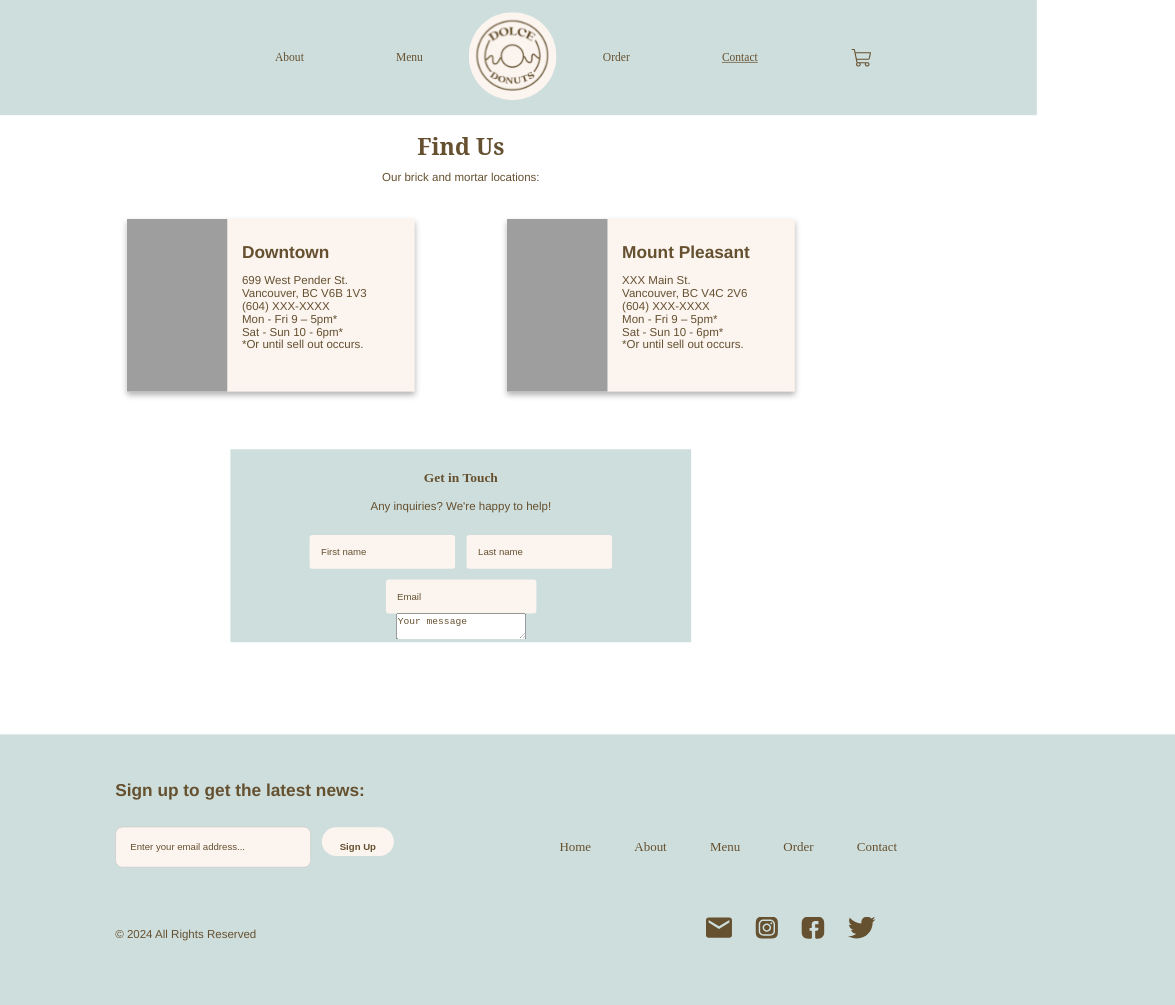
Repository: Crystalhtc/dolcedonuts
Page: /contact
These files come from the project's save history. The page is drawn as it stood at one moment and after the next save; the edit follows.
The browser window is 1280 px wide. The page is 1632 px wide, so the pictures cover 1632 px, including what lies to the right of the window. The pictures show the whole page, at 72% of full size.
Pictures or frames that could not be fetched are drawn as grey boxes. The project was rebuilt for these pictures with package versions that can differ from the ones it lists, and the page was loaded fresh each time. Also part of the build but not shown: vite.config.js, src/pages/Home.module.css, src/pages/Home.jsx, src/components/ProductCard/ProductCard.jsx, src/Data/products.js, src/pages/Order.css, src/pages/Menu.jsx, src/pages/Order.jsx and 13 more.

Above is the page before, as saved 2024-10-20 15:26:39.

After the next save:
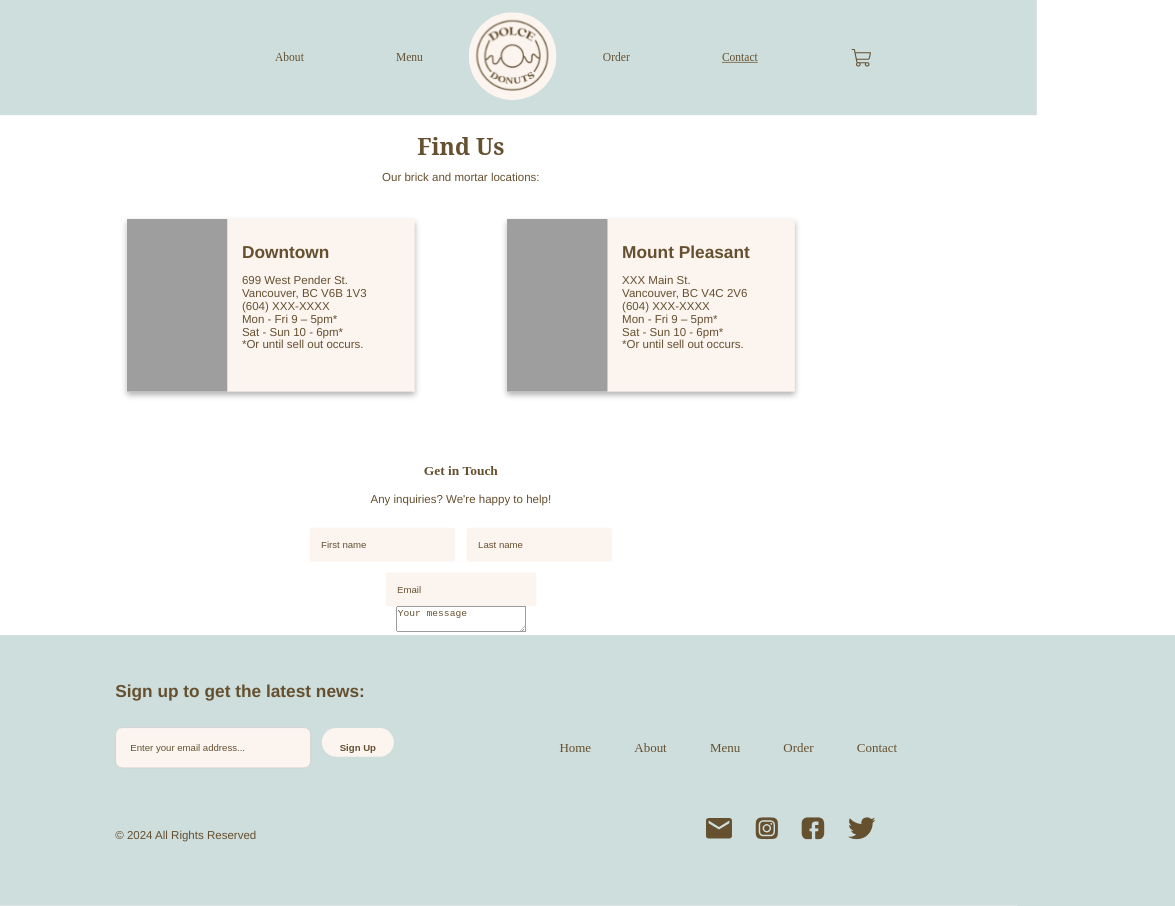
Saved 6 s later.
--- a/src/components/ContactUsForm/ContactForm.module.css
+++ b/src/components/ContactUsForm/ContactForm.module.css
@@ -22,6 +22,7 @@
     width: 170px;
 }
 
+.formPlaceholder
 
 form {
     background-color: var(--mint);

After the save that followed:
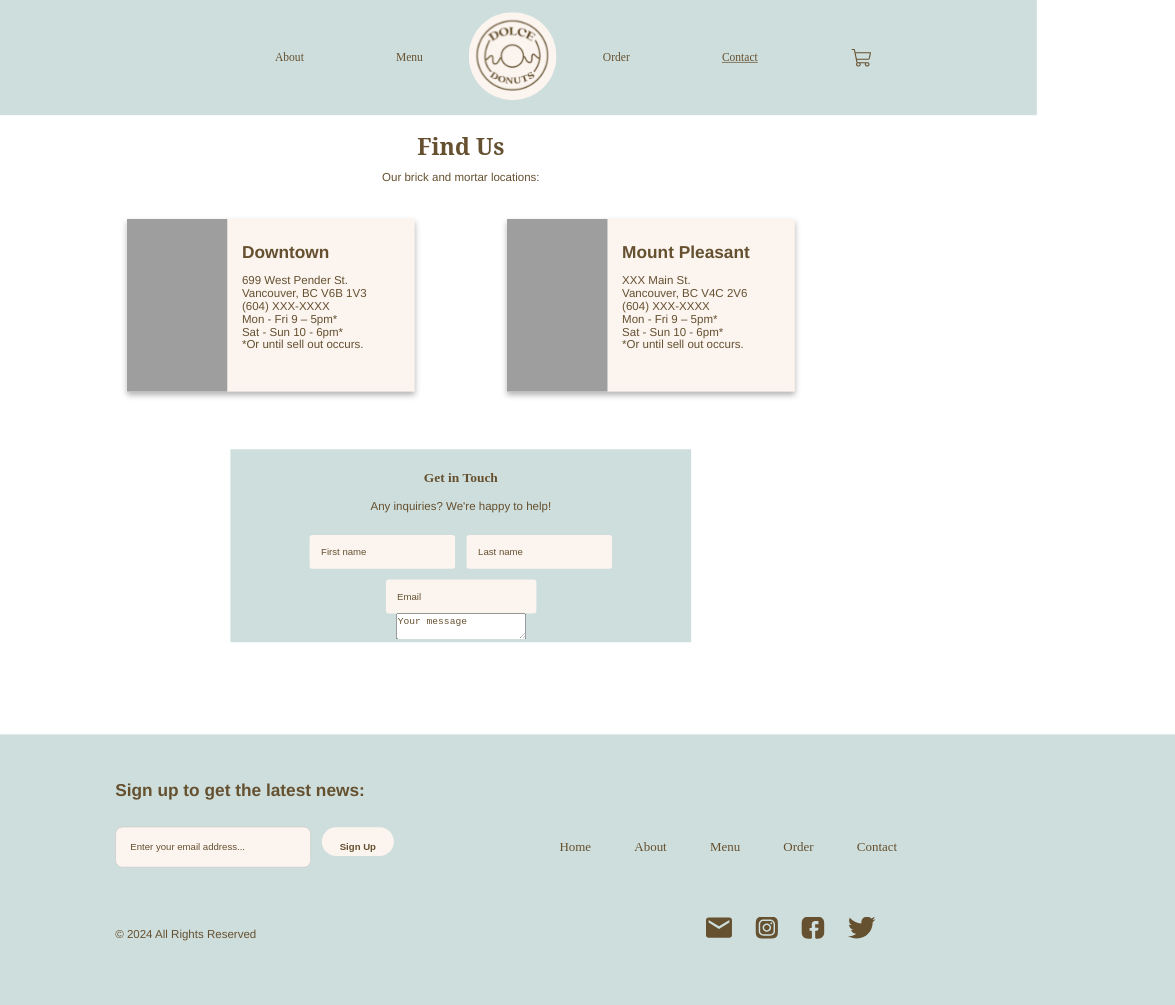
Saved 8 s later.
--- a/src/components/ContactUsForm/ContactForm.module.css
+++ b/src/components/ContactUsForm/ContactForm.module.css
@@ -22,7 +22,9 @@
     width: 170px;
 }
 
-.formPlaceholder
+.formPlaceholders {
+
+}
 
 form {
     background-color: var(--mint);
